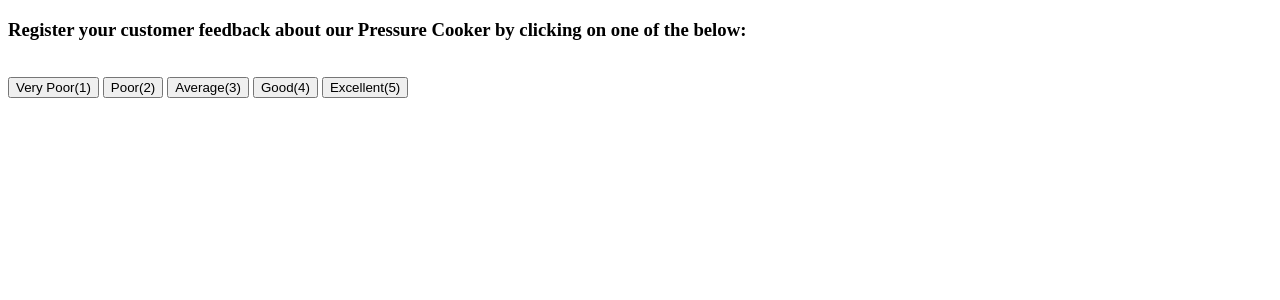
Repository: isaurabhkr/Spring-JavaCourse-101
Page: http://localhost/Test/register.jsp
An editor plug-in stored every save of this project. The page is shown before and after the next save, followed by the edit.
The browser window is 1280 px wide. The pictures show the whole page.
The page is served by Tomcat 9. Other server files are loaded and not shown.

Above is the page before, as saved 2019-08-06 07:19:43.

### Spring/WP/Test/WebContent/register.jsp
<%@ page language="java" contentType="text/html; charset=ISO-8859-1"
    pageEncoding="ISO-8859-1" session="false"%>
<!DOCTYPE html>
<html>
<head>

<meta charset="ISO-8859-1">
<title>Insert title here</title>
</head>
<body>
<h3>Register your customer feedback about our Pressure Cooker by clicking on one of the below:</h3><br/>
<div>
<form method="post" action="display">
<input type="submit" value="Very Poor(1)"name="veryPoor" id="veryPoor">
<input type="submit" value="Poor(2)" name="poor">
<input type="submit" value="Average(3)" name="average">
<input type="submit" value="Good(4)" name="good">
<input type="submit" value="Excellent(5)" name="excellent">
</form></div>
</body>
</html>

After the next save:
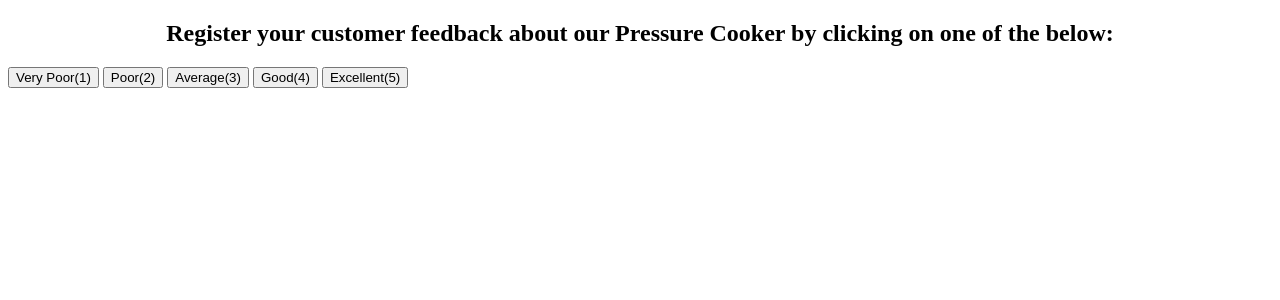
Saved 58 s later.
--- a/Spring/WP/Test/WebContent/register.jsp
+++ b/Spring/WP/Test/WebContent/register.jsp
@@ -8,14 +8,14 @@
 <title>Insert title here</title>
 </head>
 <body>
-<h3>Register your customer feedback about our Pressure Cooker by clicking on one of the below:</h3><br/>
-<div>
+<h2 align="center">Register your customer feedback about our Pressure Cooker by clicking on one of the below:</h2>
+
 <form method="post" action="display">
-<input type="submit" value="Very Poor(1)"name="veryPoor" id="veryPoor">
+<input type="submit" value="Very Poor(1)"name="veryPoor">
 <input type="submit" value="Poor(2)" name="poor">
 <input type="submit" value="Average(3)" name="average">
 <input type="submit" value="Good(4)" name="good">
 <input type="submit" value="Excellent(5)" name="excellent">
-</form></div>
+</form>
 </body>
 </html>
